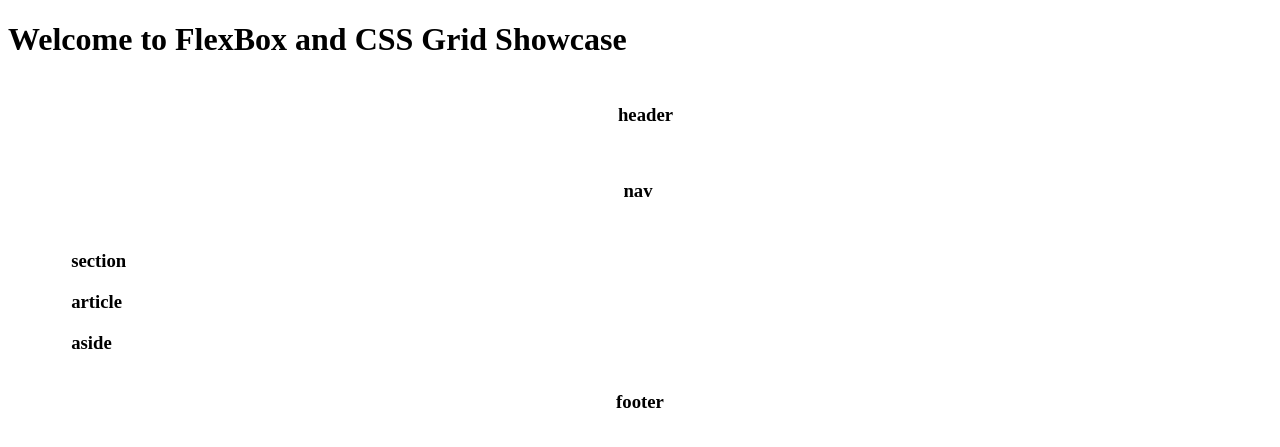
Repository: Awhit-commits/CSS_GRID_AND_FLEXBOX_LESSON
Page: index.html
These files come from the project's save history. The page is drawn as it stood at one moment and after the next save; the edit follows.
The browser window is 1280 px wide. The pictures show the whole page.

Above is the page before, as saved 2020-12-21 17:57:18.

After the next save:
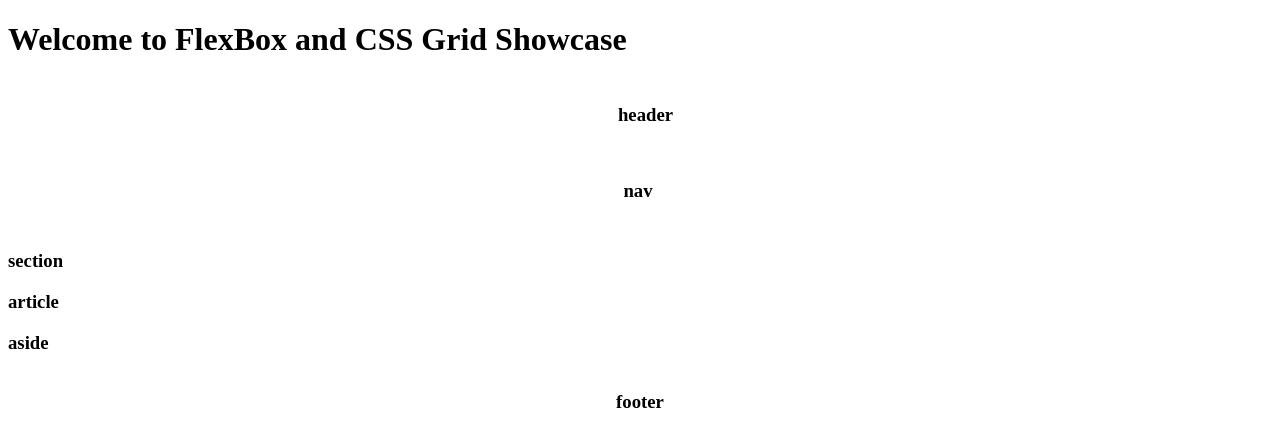
Saved 29 s later.
--- a/style.css
+++ b/style.css
@@ -7,8 +7,8 @@
 }
 
 .main{
-    align-self: start;
-    margin-left: 5%;
+    /* align-self: start;
+    margin-left: 5%; */
 }
 .headerArea{
     /* display: flex; */
